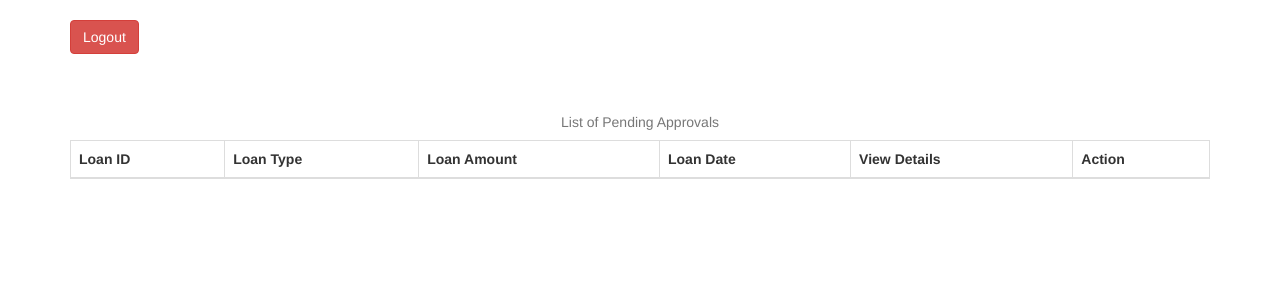
Repository: Bayvao/E-Loan-Project
Page: http://localhost/E-Loan-Project/WEB-INF/views/pending-loan-approval.jsp
An editor plug-in stored every save of this project. The page is shown before and after the next save, followed by the edit.
The browser window is 1280 px wide. The pictures show the whole page.
The page is served by Tomcat 9. Nobody is signed in. Other server files are loaded and not shown. The template is opened directly, without the code that normally fills it, so the values that code supplies are empty.

Above is the page before, as saved 2020-07-21 08:33:43.

### E-Loan-Project/src/main/webapp/WEB-INF/views/pending-loan-approval.jsp
<%@ taglib prefix="form" uri="http://www.springframework.org/tags/form"%>
<%@ taglib prefix="security"
	uri="http://www.springframework.org/security/tags"%>
<%@ taglib prefix="c" uri="http://java.sun.com/jsp/jstl/core"%>

<!DOCTYPE html>
<html lang="en">
<head>
<title>Pending List</title>

<meta charset="utf-8">
<meta name="viewport" content="width=device-width, initial-scale=1">
<link rel="stylesheet"
	href="https://maxcdn.bootstrapcdn.com/bootstrap/3.4.1/css/bootstrap.min.css">
<script
	src="https://ajax.googleapis.com/ajax/libs/jquery/3.5.1/jquery.min.js"></script>
<script
	src="https://maxcdn.bootstrapcdn.com/bootstrap/3.4.1/js/bootstrap.min.js"></script>


<style>
caption {
	text-align: center;
}
</style>
</head>
<body>

	<div class="container">
		<br />

		<!-- Add a logout button -->
		<form:form action="${pageContext.request.contextPath}/logout"
			method="POST">

			<input type="submit" class="btn btn-danger" value="Logout" />

		</form:form>


		<br />
		<!-- display user name and role -->

		<p>

			<security:authorize access="isAuthenticated()">
        User: <security:authentication property="principal.username" />
        Role(s): <security:authentication
					property="principal.authorities" />
			</security:authorize>

			<br />
		<table class="table table-bordered table-hover">
			<caption>List of Pending Approvals</caption>
			<thead>
				<tr>
					<th scope="col">Loan ID</th>
					<th scope="col">Loan Type</th>
					<th scope="col">Loan Amount</th>
					<th scope="col">Loan Date</th>
					<th scope="col">View Details</th>
					<th scope="col">Action</th>
				</tr>
			</thead>
			<tbody>
				<c:forEach items="${listPendingLoan}" var="pLoan">
					<tr>
						<td scope="row">${pLoan.loan.loanId}</td>
						<td>${pLoan.loan.loanType}</td>
						<td>${pLoan.loan.loanAmount}</td>
						<td>${pLoan.loan.loanDate}</td>
						<td><a
							href="${pageContext.request.contextPath}/manager/detailView?id=${pLoan.statusId}">View
								Details</a></td>
						<td><a
							href="${pageContext.request.contextPath}/manager/approveLoan?id=${pLoan.statusId}">Approve</a>
							| <a
							href="${pageContext.request.contextPath}/manager/rejectLoan?id=${pLoan.statusId}">Reject</a>

						</td>
					</tr>
				</c:forEach>
			</tbody>
		</table>
	</div>
</body>
</html>

After the next save:
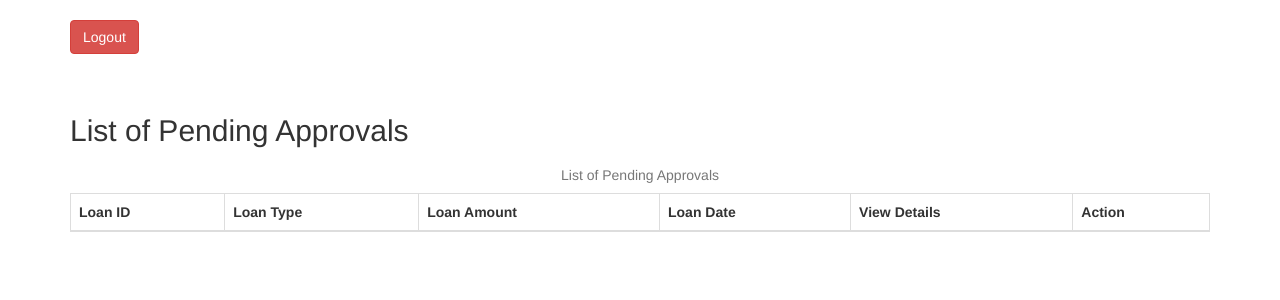
Saved 52 s later.
--- a/E-Loan-Project/src/main/webapp/WEB-INF/views/pending-loan-approval.jsp
+++ b/E-Loan-Project/src/main/webapp/WEB-INF/views/pending-loan-approval.jsp
@@ -50,6 +50,11 @@ caption {
 			</security:authorize>
 
 			<br />
+			<div>
+			<h2>List of Pending Approvals</h2>
+			</div>
+
+
 		<table class="table table-bordered table-hover">
 			<caption>List of Pending Approvals</caption>
 			<thead>
